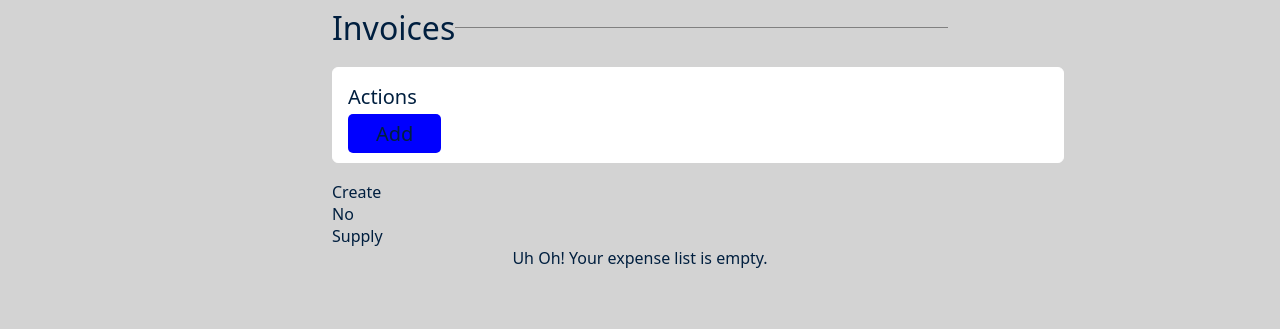
Repository: om1ars/task3
Page: /
These files come from the project's save history. The page is drawn as it stood at one moment and after the next save; the edit follows.
The browser window is 1280 px wide. The pictures show the whole page.
Some web libraries are served in a nearby version. The project was rebuilt for these pictures with package versions that can differ from the ones it lists, and the page was loaded fresh each time. Also part of the build but not shown: src/components/footer/footer.css, src/components/footer/index.js, src/constants/add-expense.js, src/components/add-form/add-form.css, src/components/add-form/success-modal.css, src/components/add-form/success-modal.js, src/components/add-form/index.js, src/pages/add-expense/add-expense.css and 3 more.

Above is the page before, as saved 2021-12-18 15:23:47.

After the next save:
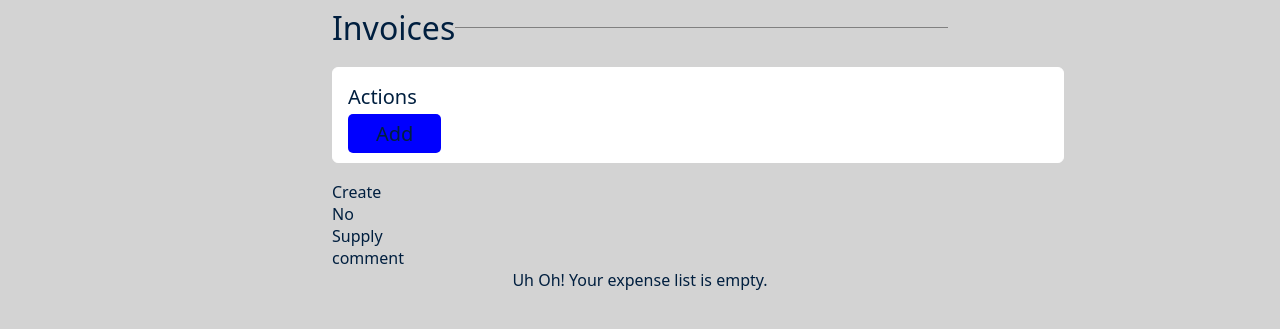
Saved 8 s later.
--- a/src/components/expense-list/index.js
+++ b/src/components/expense-list/index.js
@@ -21,6 +21,7 @@ const ExpenseList = () => {
         <div>Create</div>
         <div>No</div>
         <div>Supply</div>
+        <div>comment</div>
       </div>
 
       {list.length ? (
